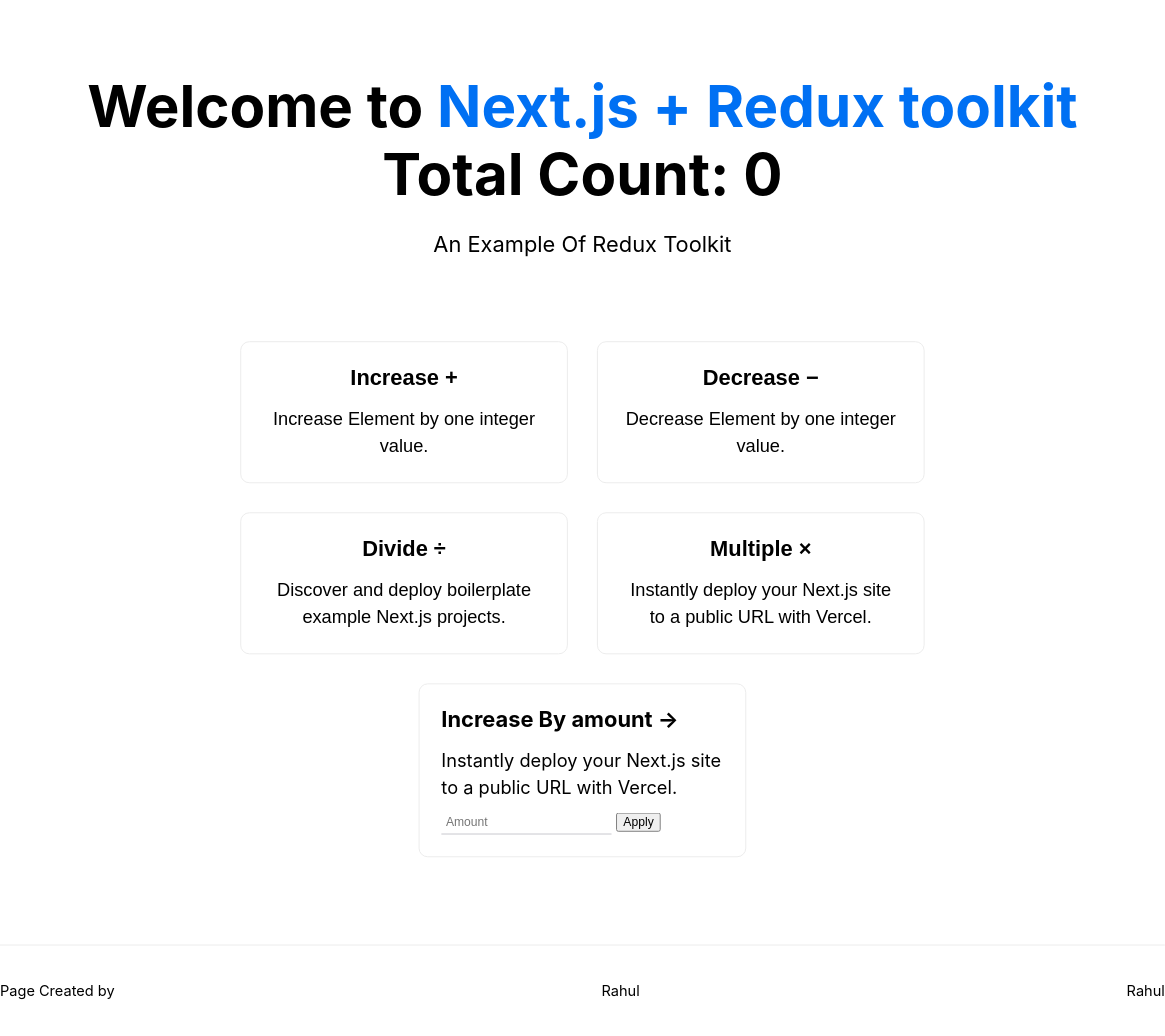
Repository: TECHIE404/Redux-Example
Page: /
An editor plug-in stored every save of this project. The page is shown before and after the next save, followed by the edit.
The browser window is 1280 px wide. The pictures show the whole page, at 91% of full size.
The project was rebuilt for these pictures with package versions that can differ from the ones it lists, and the page was loaded fresh each time. The framework's server and built-in components were replaced by stand-ins that run in the browser. Also part of the build but not shown: next.config.js.

Above is the page before, as saved 2022-06-10 01:03:31.

After the next save:
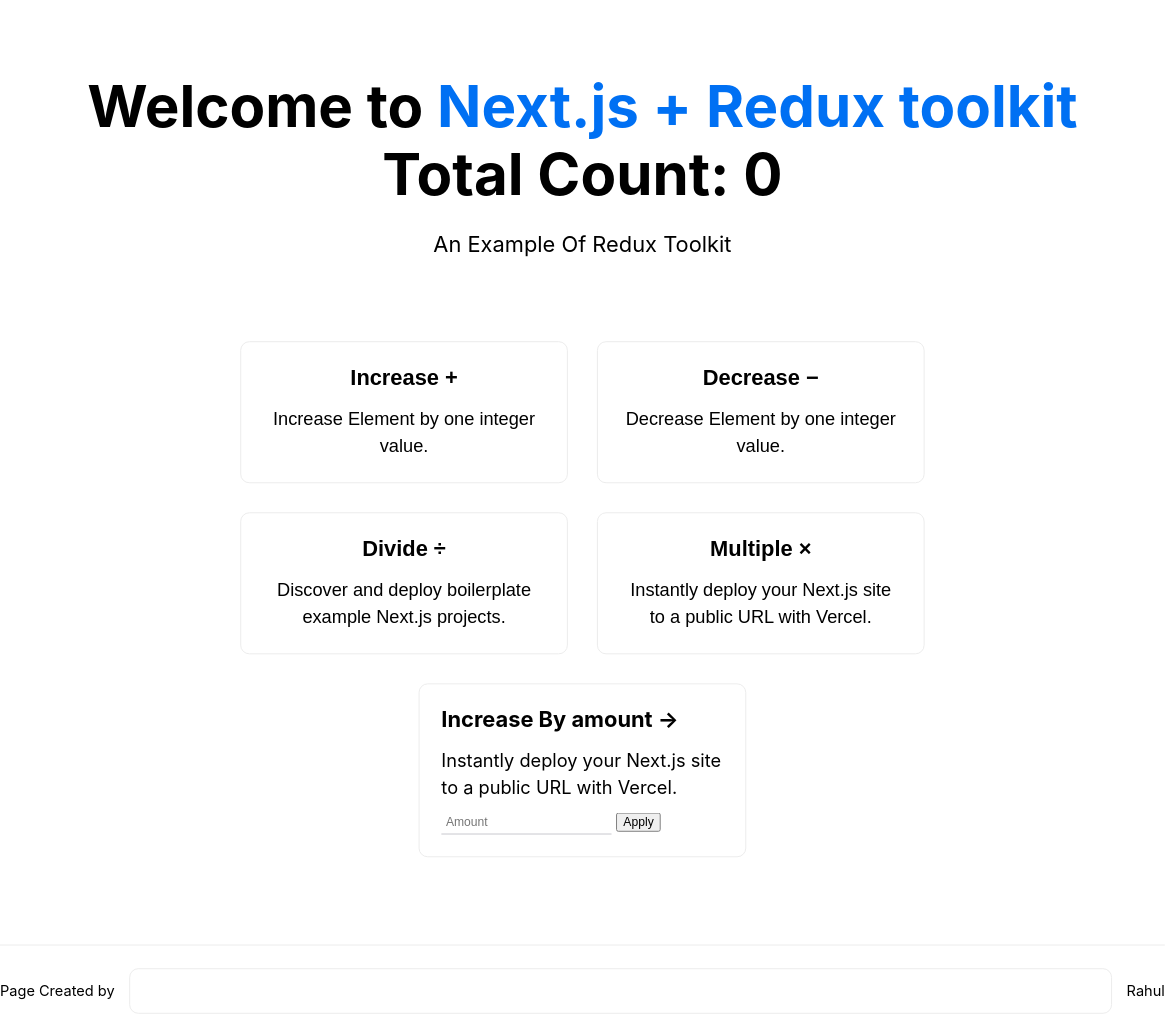
Saved 45 s later.
--- a/src/components/footer.js
+++ b/src/components/footer.js
@@ -11,7 +11,7 @@
           rel="noopener noreferrer"
         >
           Page Created by{' '}
-          <a>Rahul</a>Rahul
+          <a className={styles.card}></a>Rahul
         </a>
       </footer>
   )
